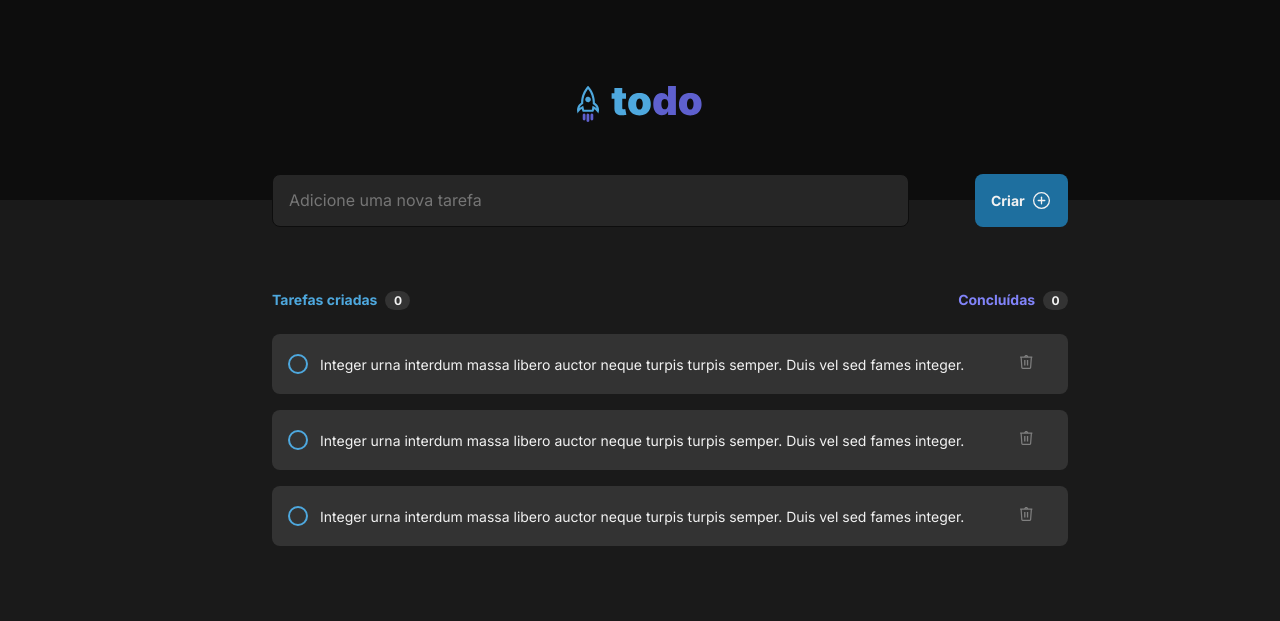
Repository: viniimartins/ToDoListROCKETSEAT
Page: /
An editor plug-in stored every save of this project. The page is shown before and after the next save, followed by the edit.
The browser window is 1280 px wide. The pictures show the whole page.
The project was rebuilt for these pictures with package versions that can differ from the ones it lists, and the page was loaded fresh each time. Also part of the build but not shown: vite.config.ts.

Above is the page before, as saved 2023-05-08 14:24:52.

### index.html
<!DOCTYPE html>
<html lang="en">
  <head>
    <meta charset="UTF-8" />

    <link rel="preconnect" href="https://fonts.googleapis.com" />
    <link rel="preconnect" href="https://fonts.gstatic.com" crossorigin />

    <link rel="icon" type="image/svg+xml" href="/vite.svg" />
    <meta name="viewport" content="width=device-width, initial-scale=1.0" />
    <title>Vite + React + TS</title>

    <link
      href="https://fonts.googleapis.com/css2?family=Inter:wght@400;700&display=swap"
      rel="stylesheet"
    />
  </head>
  <body>
    <div id="root"></div>
    <script type="module" src="/src/main.tsx"></script>
  </body>
</html>

### src/App.tsx
import { Header } from "./Components/Header";
import { AddTask } from "./Components/AddTask";
import { Task } from "./Components/Task";

import styles from "./App.module.css";
import "./global.css";

export function App() {
  return (
    <>
      <div>
        <Header />

        <main className={styles.wrapper}>
          <AddTask />

            <Task />
        </main>
      </div>
    </>
  );
}

### src/Components/Header.tsx
import styles from "./Header.module.css";
import Logo from "../assets/Logo.svg";

export function Header() {
  return (
    <>
      <header className={styles.header}>
        <img src={Logo} />
      </header>
    </>
  );
}

### src/Components/AddTask.tsx
import { PlusCircle } from "phosphor-react";
import styles from "./AddTask.module.css";

export function AddTask() {
  return (
    <div className={styles.inputs}>
      <input
        className={styles.inputText}
        type="text"
        placeholder="Adicione uma nova tarefa"
      />
      <button className={styles.Button}>
        <span className={styles.ButtonText}>Criar</span>
        <PlusCircle size={21} />
      </button>
    </div>
  );
}

### src/Components/Task.tsx
import { TaskCreated } from "./TaskCreated";
import { TaskNotCreate } from "./TaskNotCreated";
import styles from "./task.module.css";

export function Task() {
  return (
    <div className={styles.task}>
      <header className={styles.taskHeader}>
        <div className={styles.taskCreated}>
          <p>Tarefas criadas</p>

          <span className={styles.taskCounter}>
            <p>0</p>
          </span>
        </div>

        <div className={styles.taskConcluded}>
          <p>Concluídas</p>

          <span className={styles.taskCounter}>
            <p>0</p>
          </span>
        </div>
      </header>

      <div>
          <TaskCreated />
          <TaskCreated />
          <TaskCreated />

      </div>
    </div>
  );
}

### src/App.module.css
.wrapper {
  max-width: 46rem;
  margin: -1.656rem auto;

  display: grid;
  grid-template-columns: 1fr;
  gap: 4rem;
  align-items: flex-start;

}

### src/global.css
:root {
  --white: #fff;

  --gray-100: #f2f2f2;
  --gray-200: #d9d9d9;
  --gray-300: #808080;
  --gray-400: #333333;
  --gray-500: #262626;
  --gray-600: #1a1a1a;
  --gray-700: #0d0d0d;

  --purble: #8284fa;
  --purbleDark: #5e60ce;

  --blue: #4ea8de;
  --blueDark: #1E6F9F;

  --darger: #e25858;
}

:focus {
  outline: transparent;
  box-shadow: 0 0 0 2px var(--purbleDark);
}

* {
  margin: 0;
  padding: 0;
  box-sizing: border-box;
}

body {
  background: var(--gray-600);
  color: var(--gray-100);
  -webkit-font-smoothing: antialiased;
}

body,
input,
textarea,
button {
  font-family: "Inter", sans-serif;
  font-weight: 400;
  font-size: 1rem;
}

### src/Components/Header.module.css
.header {
  height: 12.5rem;
  background-color: var(--gray-700);
  display: flex;
  justify-content: center;
  align-items: center;
}

.header img {
  width: 7.875rem;
  height: 3rem;
}

### src/Components/AddTask.module.css
.inputs {
  display: flex;
  gap: 1rem;
}

.inputText {
  width: 39.813rem;
  height: 3.313rem;

  border-radius: 0.5rem;
  padding: 1rem;
  border: 1px solid var(--gray-700);
  color: var(--gray-100);

  font-weight: 400;
  font-size: 1rem;
  background-color: var(--gray-500);
}

.Button {
  display: flex;
  align-items: center;

  background-color: var(--blueDark);
  color: var(--gray-100);

  border: none;
  border-radius: 0.5rem;
  padding: 1rem;
  cursor: pointer;
  gap: 0.4rem;


  font-weight: 700;
  font-size: 0.875rem;
}

.Button:hover {
  background: var(--blue);
}

### src/Components/TaskCreated.tsx
import React, { useState } from "react";
import styles from "./TaskCreated.module.css";
import Trash from "../assets/trash.svg";

interface Props {
  label: string;
}

export function TaskCreated({ label }: Props) {
  const [checked, setChecked] = useState(false);

  const handleChange = (event: React.ChangeEvent<HTMLInputElement>) => {
    setChecked(event.target.checked);
  };

  return (
    <div className={styles.taskCreated}>
      <label className={styles.checkbox}>
        <input type="checkbox" checked={checked} onChange={handleChange} />
        <span className={styles.checkmark}></span>
        <span className={styles.label}>
          Integer urna interdum massa libero auctor neque turpis turpis semper.
          Duis vel sed fames integer.
        </span>
      </label>

      <button>
        <img src={Trash} alt="trash" />
      </button>
    </div>
  );
}

### src/Components/Task.module.css
.taskHeader {
  display: flex;
  justify-content: space-between;

  margin-bottom: 1.5rem;

}

.taskCreated {
  display: flex;
  gap: 0.5rem;
}

.taskCreated p {
  color: var(--blue);
  font-size: 0.875rem;
  font-weight: 700;
}

.taskConcluded {
  display: flex;
  gap: 0.5rem;
}

.taskConcluded p {
  color: var(--purble);
  font-size: 0.875rem;
  font-weight: 700;
}

.taskCounter {
  width: 25px;
  height: 19px;

  display: flex;
  align-items: center;
  justify-content: center;

  padding: 2px 8px;
  border-radius: 999px;

  background-color: var(--gray-400);
}

.taskCounter p {
  font-size: 12px;
  font-weight: 700;
  line-height: 15px;
  background-color: transparent;
  color: inherit;
}

### src/Components/TaskCreated.module.css
.taskCreated {
  display: flex;
  align-items: center;

  background-color: var(--gray-400);
  border-color: 1px solid var(--gray-500);
  border-radius: 0.5rem;
  padding: 1rem;
  margin-bottom: 1rem;
}

.checkbox {
  display: inline-block;
  position: relative;
  cursor: pointer;
  user-select: none;
}

.checkbox input {
  position: absolute;
  opacity: 0;
  cursor: pointer;
}

.checkmark {
  position: absolute;
  top: 0;
  left: 0;
  height: 20px;
  width: 20px;
  border: 2px solid var(--blue);
  border-radius: 50%;
  background-color: transparent;
}

.checkbox:hover input ~ .checkmark {
  background-color: var(--blueDark);
}

.checkbox input:checked ~ .checkmark {
  background-color: var(--purbleDark);
  border-color: var(--purbleDark);
}

.checkbox input:checked ~ .checkmark:hover {
  background-color: var(--purble);
  border-color: var(--purble);
}

.checkmark::after {
  content: "";
  position: absolute;
  display: none;
}

.checkbox input:checked ~ .checkmark::after {
  display: block;
}

.checkbox .checkmark::after {
  left: 5px;
  top: 1px;
  width: 4px;
  height: 9px;
  border: solid white;
  border-width: 0 1.9px 1.9px 0;
  transform: rotate(45deg);
}

.label {
  margin-left: 2rem;
  font-size: 0.875rem;
}

button {

  margin-left: 50px;
  border: none;
  background: none;
}

Loaded but not shown: src/main.tsx (common file)

After the next save:
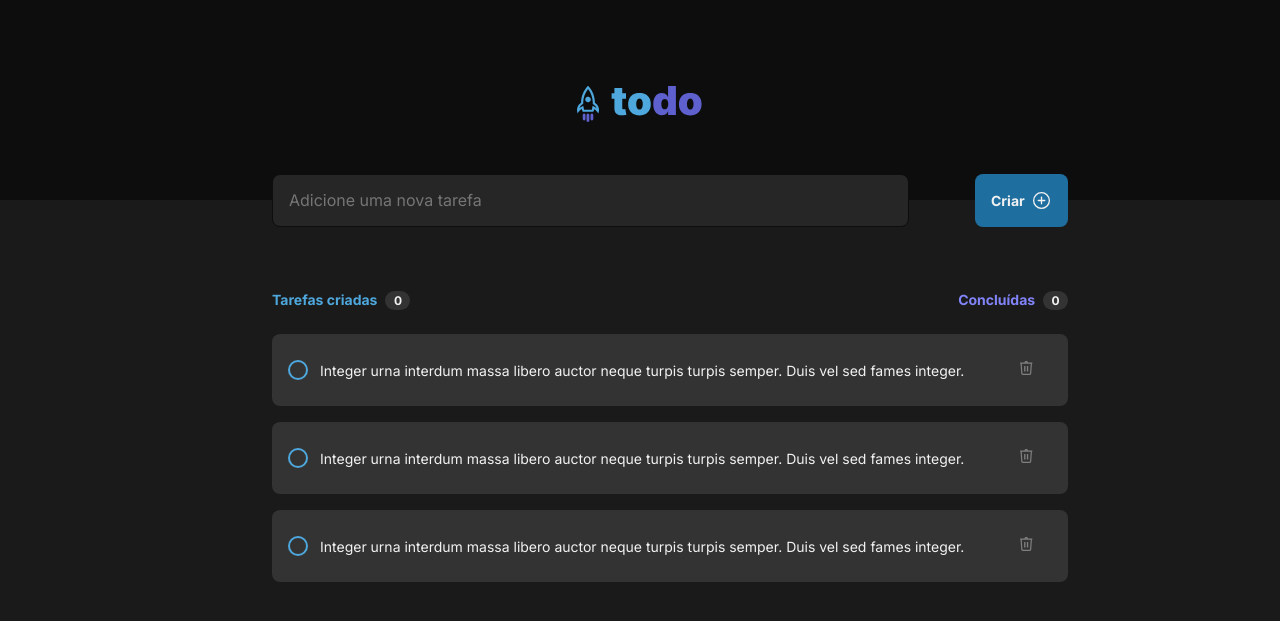
Saved 20 s later.
--- a/src/Components/TaskCreated.module.css
+++ b/src/Components/TaskCreated.module.css
@@ -4,6 +4,7 @@
 
   background-color: var(--gray-400);
   border-color: 1px solid var(--gray-500);
+  height: 4.5rem;
   border-radius: 0.5rem;
   padding: 1rem;
   margin-bottom: 1rem;
